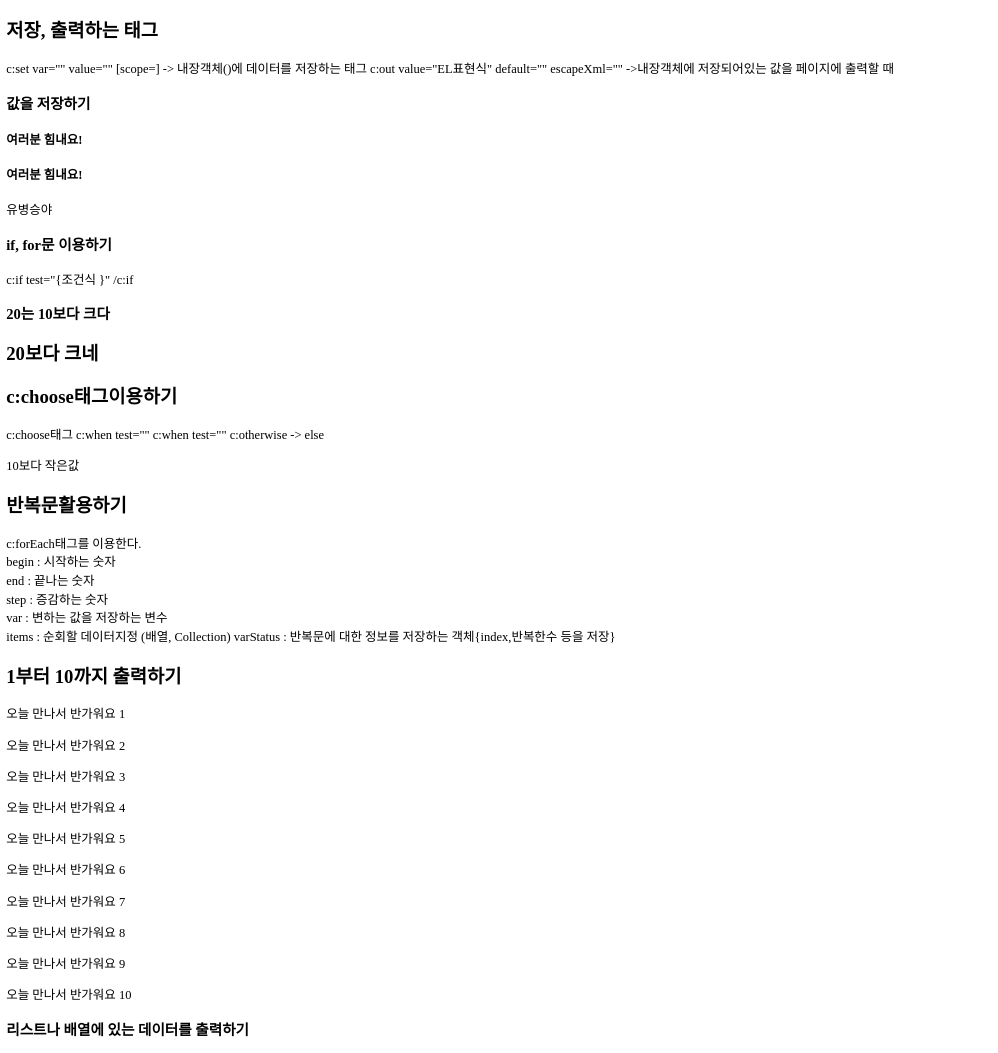
Repository: simjiho/week
Page: http://localhost/el_jstl/views/jstl/02_controltag.jsp
An editor plug-in stored every save of this project. The page is shown before and after the next save, followed by the edit.
The browser window is 1280 px wide. The pictures show the whole page, at 78% of full size.
The page is served by Tomcat 9.

Above is the page before, as saved 2024-04-20 06:53:08.

After the next save:
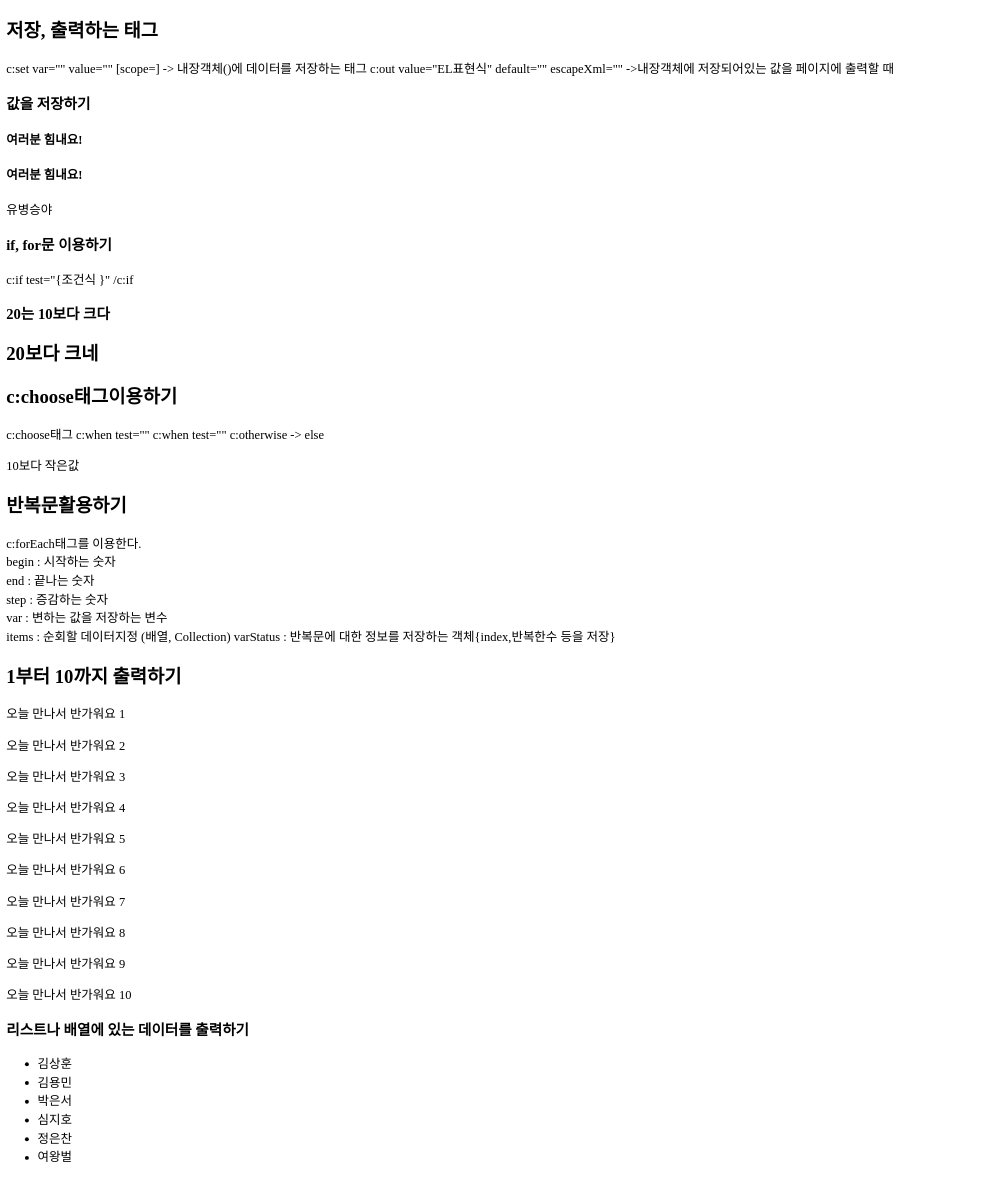
Saved 35 s later.
--- a/workspace/el_jstl/src/main/webapp/views/jstl/02_controltag.jsp
+++ b/workspace/el_jstl/src/main/webapp/views/jstl/02_controltag.jsp
@@ -92,7 +92,7 @@
 	%>
 	<ul>
 		<c:forEach var="name" items="${names }">
-
+			<li><c:out value="${name }"/></li>
 		</c:forEach>
 	</ul>
 
